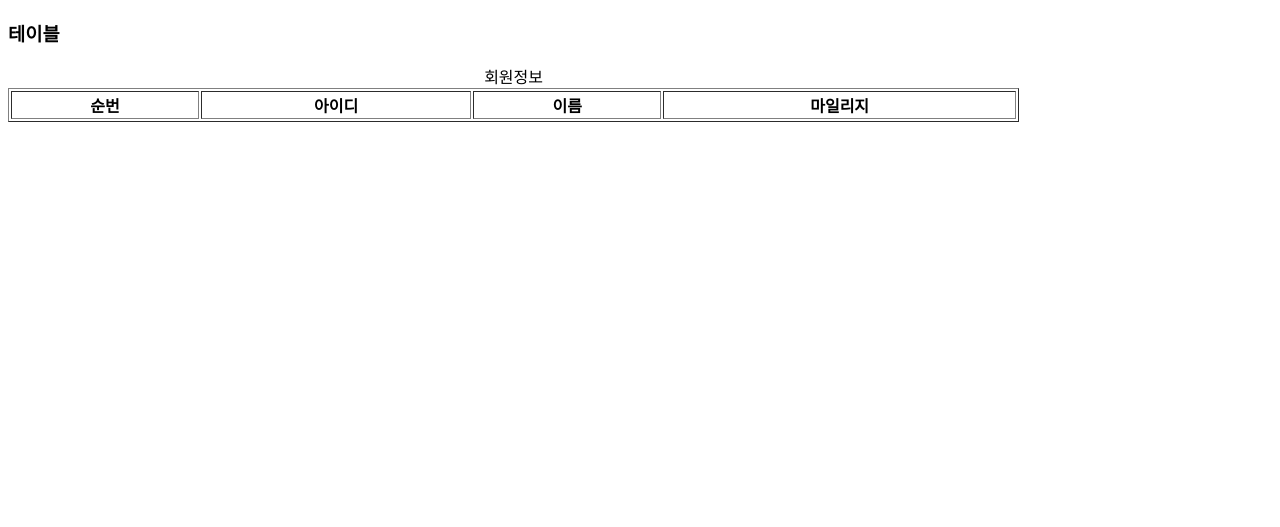
Repository: helloJunejun/WorkSpace_WebUi
Page: 0.2html_form_table/src/main/webapp/sample_table.html
The author's editor kept a copy of each file at every save. The page is drawn from the files as they stood at one save, then again after the next save.
The browser window is 1280 px wide. The pictures show the whole page.

Above is the page before, as saved 2021-06-24 01:14:07.

### 0.2html_form_table/src/main/webapp/sample_table.html
<!DOCTYPE html PUBLIC "-//W3C//DTD HTML 4.01 Transitional//EN" "http://www.w3.org/TR/html4/loose.dtd">
<html>
<head>
<meta http-equiv="Content-Type" content="text/html; charset=UTF-8">
<title>테이블 예제</title>
</head>
<body>
<h3>테이블</h3>
<table border="1" width="80%" height="70%">
	<caption>회원정보</caption>
	<tr>
		<th>순번</th>
		<th>아이디</th>
		<th>이름</th>
		<th>마일리지</th>
	</tr>
</table>
</body>
</html>

After the next save:
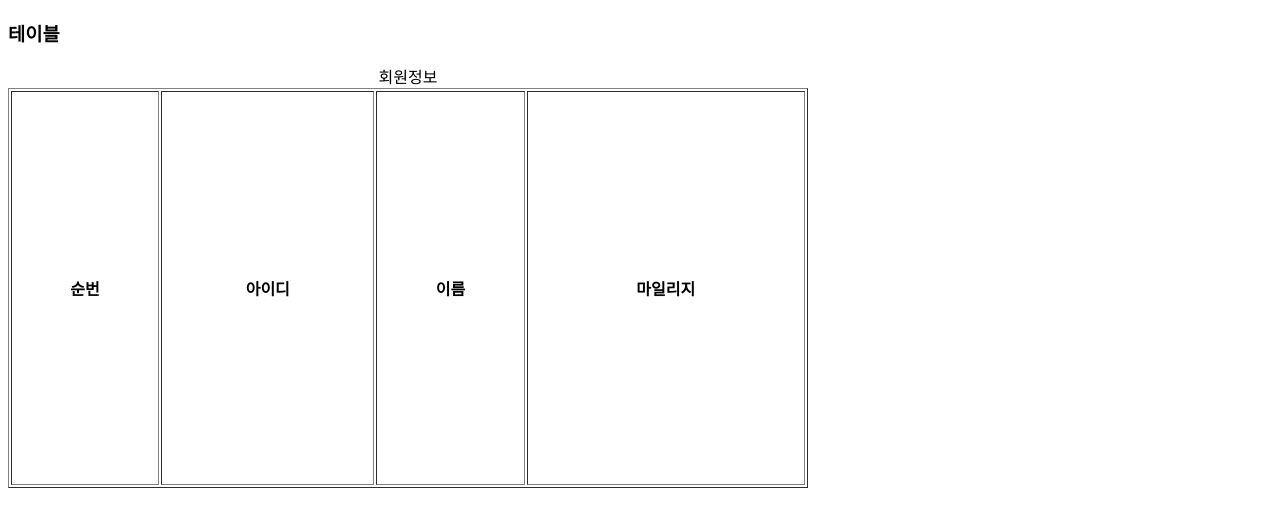
Saved 42 s later.
--- a/0.2html_form_table/src/main/webapp/sample_table.html
+++ b/0.2html_form_table/src/main/webapp/sample_table.html
@@ -6,7 +6,7 @@
 </head>
 <body>
 <h3>테이블</h3>
-<table border="1" width="80%" height="70%">
+<table border="1" width="800px" height="400px">
 	<caption>회원정보</caption>
 	<tr>
 		<th>순번</th>
